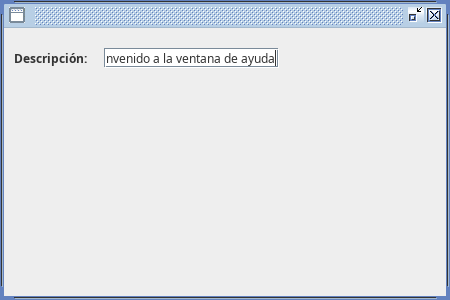
Repository: Mayky23/eclipse-workspace
Program's window: java JavaHelp/src/JavaHelp/VentanaSecundaria.java
An editor plug-in stored every save of this project. The program's window is shown before and after the next save, followed by the edit.
It runs on Java 21 on a 1366 x 768 screen with the Metal look.

Above is the program's window before, as saved 2024-01-11 18:24:14.

### JavaHelp/src/JavaHelp/VentanaSecundaria.java
package JavaHelp;

import java.awt.EventQueue;

import javax.swing.JFrame;
import javax.swing.JLabel;
import javax.swing.JPanel;
import javax.swing.JTextField;
import javax.swing.border.EmptyBorder;

public class VentanaSecundaria extends JFrame {

    private static final long serialVersionUID = 1L;
    private JPanel contentPane;

    public static void main(String[] args) {
        EventQueue.invokeLater(new Runnable() {
            public void run() {
                try {
                    VentanaSecundaria frame = new VentanaSecundaria();
                    frame.setVisible(true);
                } catch (Exception e) {
                    e.printStackTrace();
                }
            }
        });
    }

    public VentanaSecundaria() {
        setDefaultCloseOperation(JFrame.EXIT_ON_CLOSE);
        setBounds(100, 100, 450, 300);
        contentPane = new JPanel();
        contentPane.setBorder(new EmptyBorder(5, 5, 5, 5));

        setContentPane(contentPane);
        contentPane.setLayout(null);  // Puedes cambiar el diseño según tus necesidades

        // Añadir un JLabel
        JLabel etiquetaDescripción = new JLabel("Descripción: ");
        etiquetaDescripción.setBounds(10, 20, 80, 20);
        contentPane.add(etiquetaDescripción);

        // Añadir un JTextField
        JTextField txtBienvenido = new JTextField();
        txtBienvenido.setText("Bienvenido a la ventana de ayuda");
        txtBienvenido.setBounds(100, 20, 175, 20);
        contentPane.add(txtBienvenido);
    }
}

After the next save:
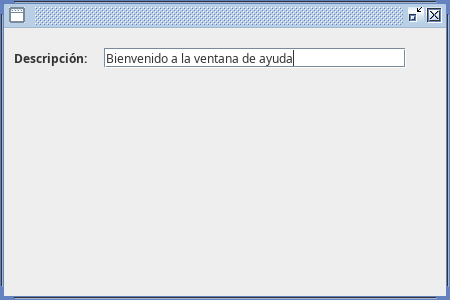
Saved 30 s later.
--- a/JavaHelp/src/JavaHelp/VentanaSecundaria.java
+++ b/JavaHelp/src/JavaHelp/VentanaSecundaria.java
@@ -43,7 +43,7 @@
         // Añadir un JTextField
         JTextField txtBienvenido = new JTextField();
         txtBienvenido.setText("Bienvenido a la ventana de ayuda");
-        txtBienvenido.setBounds(100, 20, 175, 20);
+        txtBienvenido.setBounds(100, 20, 302, 20);
         contentPane.add(txtBienvenido);
     }
 }
